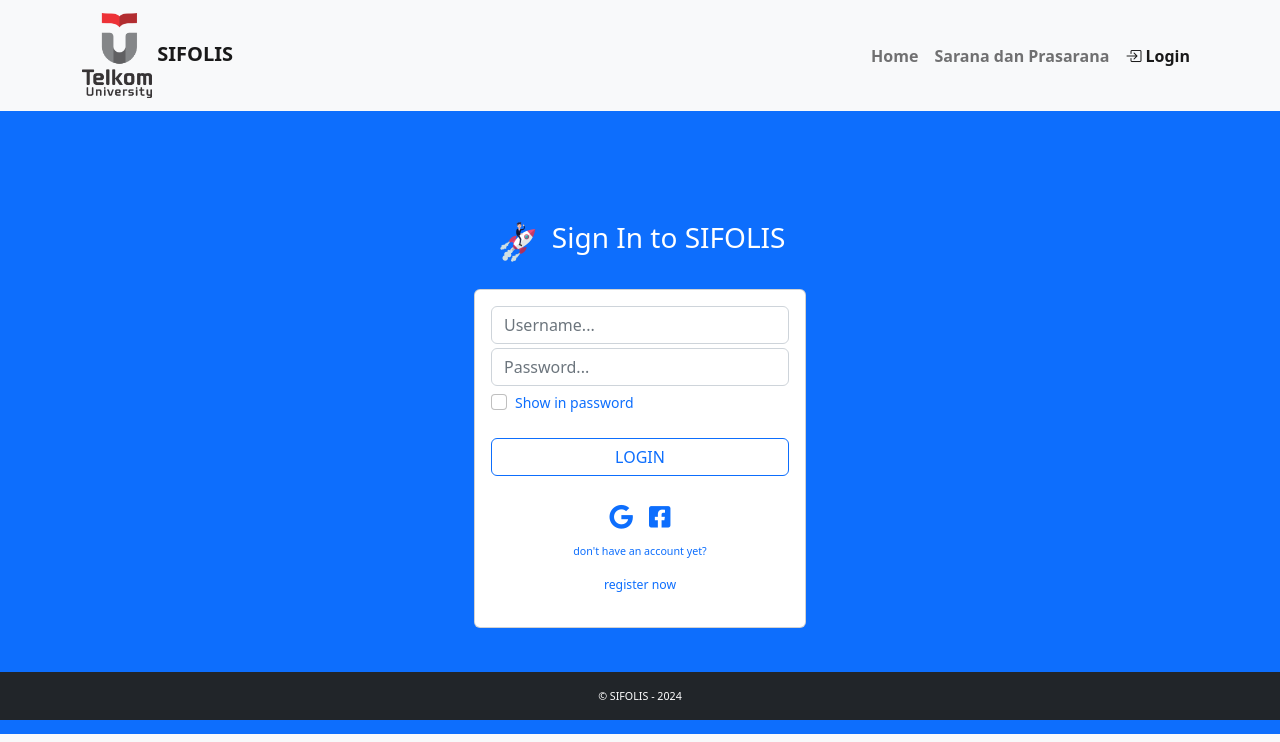
Repository: Audi87/uas_framework
Page: http://localhost/login
These files come from the project's save history. The page is drawn as it stood at one moment and after a run of saves; the edit follows.
The browser window is 1280 px wide. The pictures show the whole page.
Some web libraries are served in a nearby version. The page is served by the project's Laravel application, run on PHP 8.4 with Laravel 10. Other server files are loaded and not shown.

Above is the page before, as saved 2024-06-13 20:37:03.

### routes/web.php
<?php

use App\Http\Controllers\{
    BarangController, ContactController, CustumerController, DataPeminjamanController, HistoryController,
    Home, LoginController, PeminjamanController, ProfilController, RegistrasiController,
    SaranaDanPrasaranaController, AdminController
};
use Illuminate\Support\Facades\Route;


Route::get('/', [Home::class, 'index'])->middleware('auth');

Route::get('/login', [LoginController::class, 'index'])->name('login')->middleware('guest');
Route::post('/login', [LoginController::class, 'login']);
Route::post('/logout', [LoginController::class, 'logout']);

Route::get('/registrasi', [RegistrasiController::class, 'index'])->middleware('guest');
Route::post('/registrasi', [RegistrasiController::class, 'registrasi']);

Route::get('/dashboard', function() {
    return view('dashboard.index', ['title' => 'Dashboard Admin']);
})->middleware('admin');

Route::get('/profil/{user:id}', [ProfilController::class, 'index'])->middleware('auth');

Route::get('/sarana dan prasarana', [SaranaDanPrasaranaController::class, 'index'])->middleware('auth');
Route::resource('/sarana-prasarana', BarangController::class)->middleware('admin');

Route::get('/peminjaman/{barang:id}', [PeminjamanController::class, 'index'])->middleware('auth');
Route::post('/peminjaman/{barang:id}', [PeminjamanController::class, 'peminjaman'])->middleware('auth');

Route::get('/history/{user:id}', [HistoryController::class, 'index'])->middleware('auth');

Route::get('/kembalikan/{id}', [PeminjamanController::class, 'kembalikan'])->middleware('auth');
Route::get('/detail-peminjaman/{id}', [PeminjamanController::class, 'detailPeminjaman'])->middleware('auth');

Route::get('/category/{id}', [SaranaDanPrasaranaController::class, 'category'])->middleware('auth');

Route::get('/custumer', [CustumerController::class, 'index'])->middleware('admin');
Route::get('/custumer/{user:id}', [CustumerController::class, 'detail'])->middleware('admin');

Route::get('/data-peminjaman', [DataPeminjamanController::class, 'index'])->middleware('admin');
Route::get('/data-peminjaman/{id}', [DataPeminjamanController::class, 'detail'])->middleware('admin');

Route::get('/contact', [ContactController::class, 'index'])->middleware('auth');

### app/Http/Controllers/LoginController.php
<?php

namespace App\Http\Controllers;

use Illuminate\Support\Facades\Auth;
use Illuminate\Http\Request;

class LoginController extends Controller
{
    // Function untuk menampilkan view login
    public function index(){
        return view('login.login', [
            'title' => 'Login'
        ]);
    }

    // Function untuk proses login
    public function login(Request $request)
    {
        $validateData = $request->validate([
            'username' => ['required'],
            'password' => ['required']
        ]);

        if(Auth::attempt($validateData)){
            $request->session()->regenerate();
            return redirect()->intended('/')->with('success', 'Login successful!');
        }else{
            return redirect('/login')->with('error', 'Wrong username or password');
        }
    }

    // Function untuk proses logout
    public function logout(Request $request)
    {
        Auth::logout();

        $request->session()->invalidate();

        $request->session()->regenerateToken();

        return redirect('/login')->with('success', 'Logout successfully');
    }
}

### resources/views/login/login.blade.php
@extends('layouts.main')

@section('content')
<div class="p-3 mb-2 bg-primary text-white">
    <div class="container-fluid">
        <div class="container" style="height: 72vh">
            <br>
            <div class="row mt-5 text-center mb-5">
                {{-- Alert --}}
                <div class="col-lg-4 offset-lg-4 mb-3">
                    @if(session()->has('success'))
                    <div class="alert alert-primary" role="alert">
                        <strong><small>{{ session('success') }}</small></strong>
                    </div>
                    @endif
                </div>
                {{-- End alert --}}
                <div class="col-lg-4 offset-lg-4">
                    <h3><img src="img/pngwing.com (7).png" width="50" alt="" data-aos="flip-left" data-aos-duration="2000"> Sign In to SIFOLIS </h3>
                </div>
                <div class="col-lg-4 offset-lg-4 col-10 offset-1 mt-3">
                    {{-- Form Login --}}
                    <div class="container">
                        <div class="card">
                            <div class="card-body">
                                <form action="/login" method="post">
                                    @csrf
                                    <div class="mb-1">
                                        <input type="text" id="username" name="username" placeholder="Username..." value="{{ old('username') }}" class="form-control @error('username') is-invalid @enderror">
                                        @error('username')
                                        <div class="invalid-feedback">
                                            {{ $message }}
                                        </div>
                                        @enderror
                                    </div>

                                    <div class="mb-1">
                                        <input type="password" id="password" name="password" placeholder="Password..." value="{{ old('password') }}" class="form-control @error('password') is-invalid @enderror">
                                        @error('password')
                                        <div class="invalid-feedback">
                                            {{ $message }}
                                        </div>
                                        @enderror
                                    </div>

                                    <div class="mb-2 text-start">
                                        <div class="form-check">
                                            <input class="form-check-input" type="checkbox" value="" id="flexCheckDefault">
                                            <label class="form-check-label" for="flexCheckDefault">
                                                <p class="text-primary"> <small>Show in password<small></p>
                                            </label>
                                        </div>
                                    </div>

                                    <div class="mb-4">
                                        <button class="btn btn-outline-primary w-100" type="submit">LOGIN</button>
                                    </div>
                                    <h3>
                                        <div class="sosmed d-flex justify-content-center gap-3">
                                            <a href="https://myaccount.google.com/?utm_source=sign_in_no_continue&pli=1"><i class="fa-brands fa-google fa-sm "></i></a>
                                            <a href="https://www.facebook.com/"><i class="fa-brands fa-square-facebook fa-sm"></i></a>
                                        </div>
                                    </h3>

                                    <div>
                                        <p class="text-primary"><small>don't have an account yet?</small></p>
                                        <p><a href="registrasi" class="text-decoration-none">register now</a></p>
                                    </div>
                                </form>
                            </div>
                        </div>
                        {{-- End Form --}}
                    </div>
                </div>

            </div>
        </div>
    </div>
    <br><br><br>


@if(session('error'))
<script>
    Swal.fire({
        title: 'Error!',
        text: "{{ session('error') }}",
        icon: 'error',
        confirmButtonText: 'Ok'
    });
</script>
@endif
<!-- End Sweet Alert -->

@endsection

### resources/views/layouts/main.blade.php
<!doctype html>
<html lang="en">
  <head>
    <meta charset="utf-8">
    <meta name="viewport" content="width=device-width, initial-scale=1">
    <title>{{ $title }}</title>

    <link rel="stylesheet" href="/css/stylee.css">

    {{-- Link Aos --}}
    <link rel="stylesheet" href="https://unpkg.com/aos@next/dist/aos.css" />

    {{-- Link Icons Bootstrap --}}
    <link rel="stylesheet" href="https://cdn.jsdelivr.net/npm/bootstrap-icons@1.9.1/font/bootstrap-icons.css">

    <link href="https://cdn.jsdelivr.net/npm/bootstrap@5.2.0/dist/css/bootstrap.min.css" rel="stylesheet" integrity="sha384-gH2yIJqKdNHPEq0n4Mqa/HGKIhSkIHeL5AyhkYV8i59U5AR6csBvApHHNl/vI1Bx" crossorigin="anonymous">
    <link href="https://fonts.googleapis.com/css2?family=Poppins:wght@400;500;600&display=swap" rel="stylesheet">
    <link rel="stylesheet" href="https://cdnjs.cloudflare.com/ajax/libs/font-awesome/6.4.0/css/all.min.css"
        integrity="sha512-iecdLmaskl7CVkqkXNQ/ZH/XLlvWZOJyj7Yy7tcenmpD1ypASozpmT/E0iPtmFIB46ZmdtAc9eNBvH0H/ZpiBw=="
        crossorigin="anonymous" referrerpolicy="no-referrer" />
  </head>
  <body class="bg-light">

    {{-- Include navbar --}}
    @include('navbar.navbar')

    {{-- Content --}}
    @yield('content')
    {{-- End Content --}}

    {{-- Include Footer --}}
    @include('footer.footer')

    <script src="https://cdn.jsdelivr.net/npm/bootstrap@5.2.0/dist/js/bootstrap.bundle.min.js" integrity="sha384-A3rJD856KowSb7dwlZdYEkO39Gagi7vIsF0jrRAoQmDKKtQBHUuLZ9AsSv4jD4Xa" crossorigin="anonymous"></script>

    <script src="https://unpkg.com/aos@next/dist/aos.js"></script>
    <script>
      AOS.init();
    </script>

    {{-- Js Jquery --}}
    <script src="/js/jquery.js"></script>

    {{-- Script js --}}
    <script src="/js/script.js"></script>

  </body>
</html>

### resources/views/navbar/navbar.blade.php
{{-- Navbar --}}
<nav class="navbar navbar-expand-lg bg-light navbar-light">
    <div class="container">
        <a class="navbar-brand" href="/"><img src="img/logo.png" width="70" alt="" data-aos="flip-left"
                data-aos-duration="2000"> SIFOLIS </a>
        <button class="navbar-toggler" type="button" data-bs-toggle="collapse" data-bs-target="#navbarNav"
            aria-controls="navbarNav" aria-expanded="false" aria-label="Toggle navigation">
            <span class="navbar-toggler-icon"></span>
        </button>
        <div class="collapse navbar-collapse" id="navbarNav">
            <ul class="navbar-nav ms-auto">
                <li class="nav-item">
                    <a class="nav-link {{ Request::is('/') ? 'active' : '' }}" aria-current="page"
                        href="/">Home</a>
                </li>
                <li class="nav-item">
                    <a class="nav-link {{ Request::is('sarana dan prasarana') ? 'active' : '' }}" aria-current="page"
                        href="/sarana dan prasarana">Sarana dan Prasarana</a>
                </li>

                @auth
                    <li class="nav-item dropdown">
                        <a class="nav-link dropdown-toggle" href="#" role="button" data-bs-toggle="dropdown"
                            aria-expanded="false">
                            <i class="bi bi-person-lines-fill"></i> Welcome, {{ auth()->user()->username }}
                        </a>
                        <ul class="dropdown-menu">
                            @can('admin')
                                <li><a class="dropdown-item" href="/dashboard">Dashboard Admin</a></li>
                            @endcan
                            <li><a class="dropdown-item" href="/history/{{ auth()->user()->id }}">Peminjaman</a></li>
                            <li><a class="dropdown-item" href="/contact">Contact Us</a></li>
                            <li><a class="dropdown-item" href="/profil/{{ auth()->user()->id }}"><i
                                        class="bi bi-person-lines-fill"></i> My Profil</a></li>
                            <li>
                                <hr class="dropdown-divider">
                            </li>
                            {{-- Form Logout --}}
                            <form action="/logout" method="post">
                                @csrf
                                <button type="submit" class="dropdown-item"
                                    onclick="return confirm('sure want to go out?')"><i class="bi bi-box-arrow-in-left"></i>
                                    Logout</button>
                            </form>
                            {{-- End From --}}
                        </ul>
                    </li>
                @else
                    <li class="nav-item">
                        <a class="nav-link {{ Request::is('login') ? 'active' : '' }}" href="/login"><i
                                class="bi bi-box-arrow-in-right"></i> Login</a>
                    </li>
                @endauth

            </ul>
        </div>
    </div>
</nav>
{{-- End Navbar --}}

### resources/views/footer/footer.blade.php
<div class="container">
    <!-- Konten Halaman di sini -->
</div>
<div class="fixed-bottom">
<footer class="container-fluid bg-dark text-white text-center">
    <div class="container1">
        <div class="row">
            <div class="col-lg-12">
                <small><p class="mt-3">&copy; SIFOLIS - 2024</p></small>
            </div>
        </div>
    </div>
    </div>
</footer>

### public/css/stylee.css
nav ul li {
    font-weight: bold;
}

nav a {
    font-weight: bold;
}

nav ul li:hover {
    background-color: black;
    opacity: 0.8;
    border-radius: 17px;
    text-decoration: underline;
}

### public/js/script.js
$(document).ready(function(){


    window.setTimeout(function(){
        $('.alert').fadeTo(300, 0).slideUp(300, function(){
            $(this).remove();
        });
    }, 4000);

    // Js Show password
    $('#flexCheckDefault').click(function(){
        if($(this).is(':checked')){
            $('#password').attr('type', 'text')
        }else{
            $('#password').attr('type', 'password')
        }
    });

});

Loaded but not shown: app/Http/Controllers/Controller.php (common file); public/js/jquery.js (library)

After the next 2 saves:
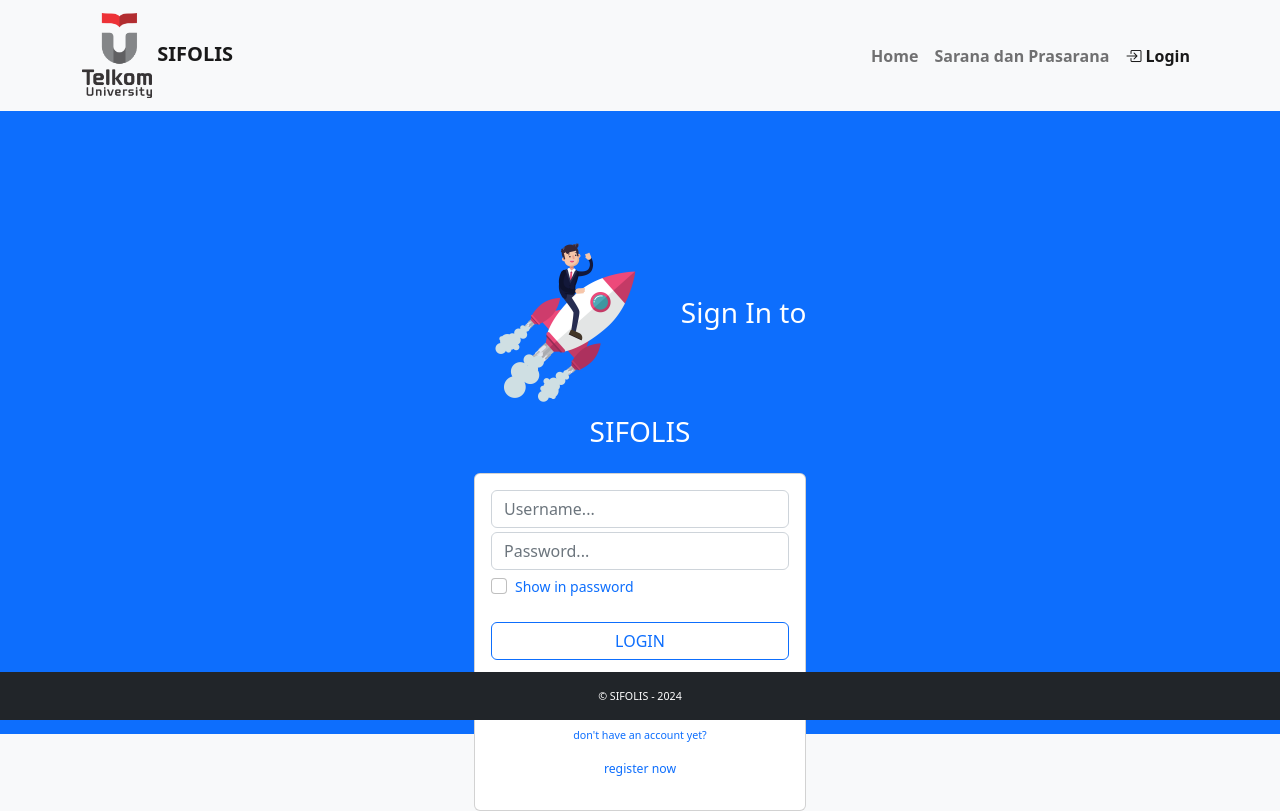
The 2 saves are shown as one change because they came seconds apart.
The last was saved 9 min 14 s later.
--- a/resources/views/login/login.blade.php
+++ b/resources/views/login/login.blade.php
@@ -16,7 +16,7 @@
                 </div>
                 {{-- End alert --}}
                 <div class="col-lg-4 offset-lg-4">
-                    <h3><img src="img/pngwing.com (7).png" width="50" alt="" data-aos="flip-left" data-aos-duration="2000"> Sign In to SIFOLIS </h3>
+                    <h3><img src="img/pngwing.com (7).png" width="200" alt="" data-aos="flip-left" data-aos-duration="2000"> Sign In to SIFOLIS </h3>
                 </div>
                 <div class="col-lg-4 offset-lg-4 col-10 offset-1 mt-3">
                     {{-- Form Login --}}
